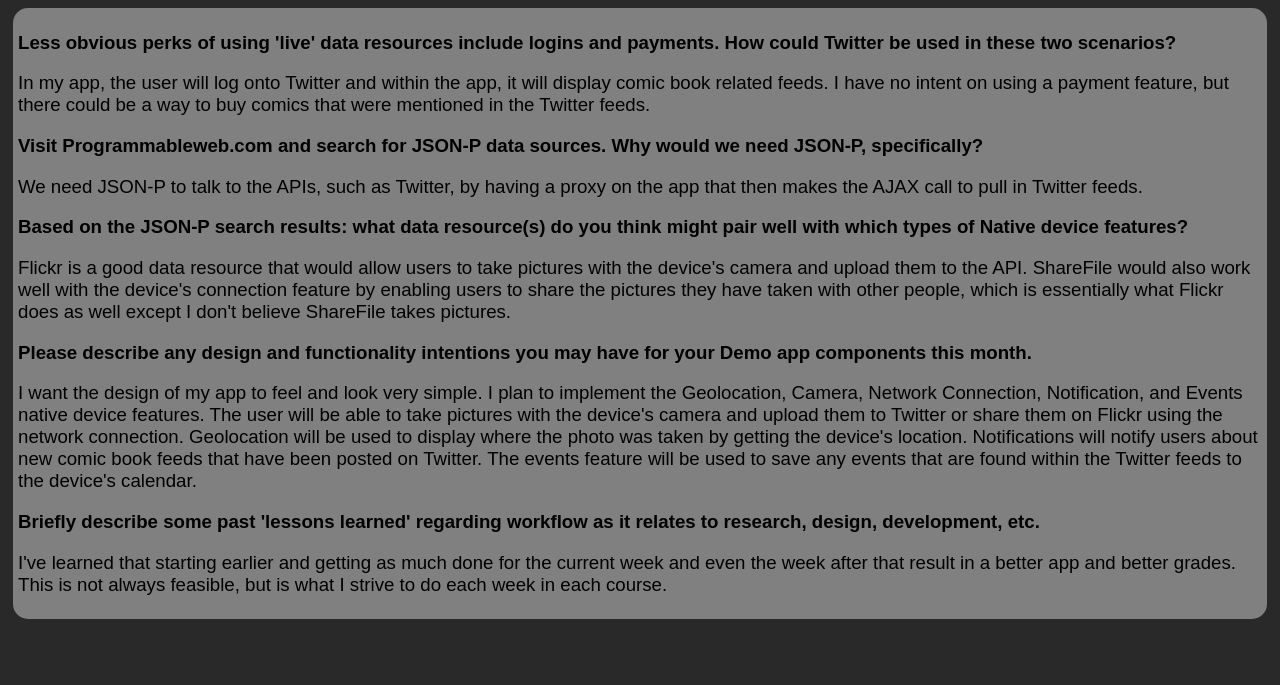
Repository: ardiscb/AVFapp
Page: AVFapp/assets/www/research1.html
The author's editor kept a copy of each file at every save. The page is drawn from the files as they stood at one save, then again after the next save.
The browser window is 1280 px wide. The pictures show the whole page.

Above is the page before, as saved 2012-11-27 00:42:50.

After the next save:
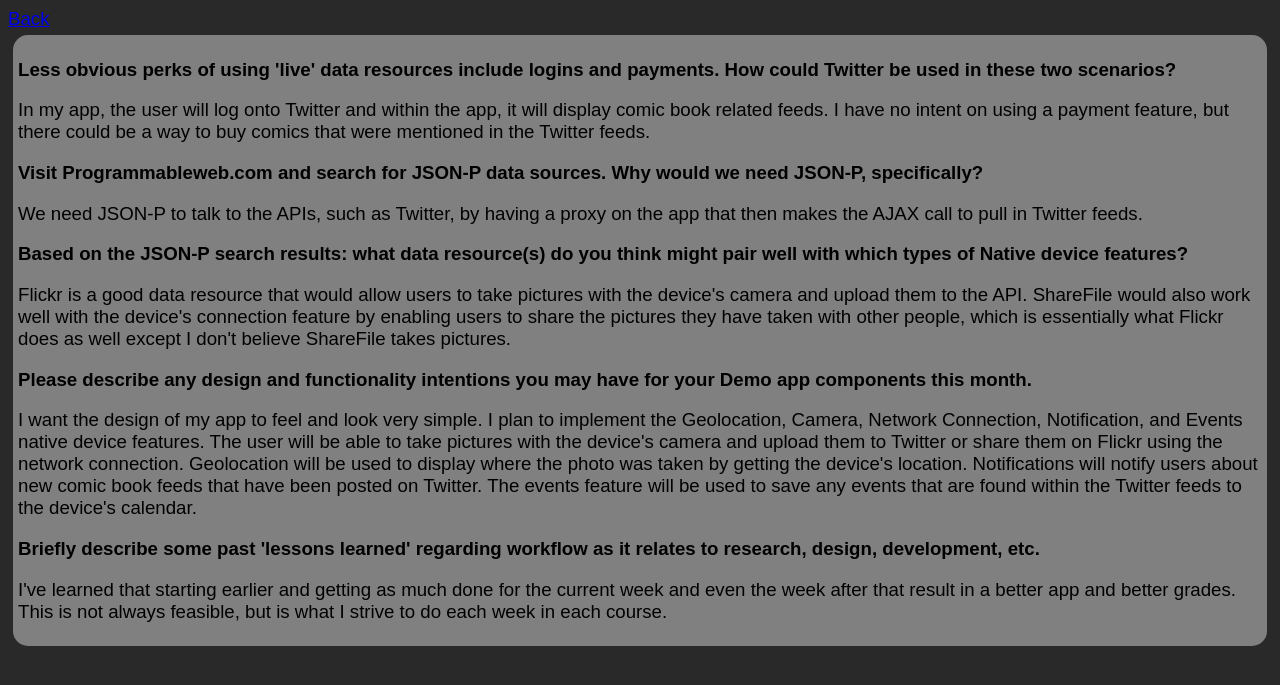
Saved 30 min 18 s later.
--- a/AVFapp/assets/www/research1.html
+++ b/AVFapp/assets/www/research1.html
@@ -10,6 +10,7 @@ Demo App 1
 	<title>Research Discussion 1</title>
 </head>
 <body>
+	<a href = "javascript:history.back()">Back</a>
 	<div class="main" class="research">
 		<p><strong>Less obvious perks of using 'live' data resources include logins and payments. How could Twitter be used in these two scenarios?</strong></p>
 		<p>In my app, the user will log onto Twitter and within the app, it will display comic book related feeds. I have no intent on using a payment feature, but there could be a way to buy comics that were mentioned in the Twitter feeds.</p>
